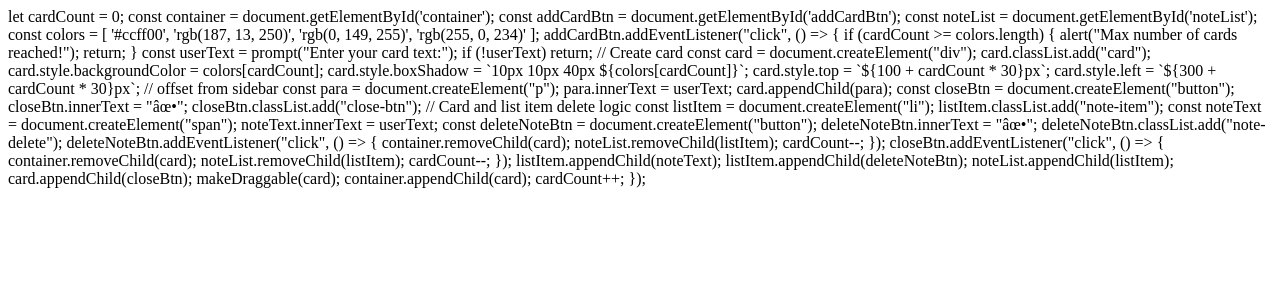
Repository: ErvinClay13/Memo-Glow
Page: index.html
These files come from the project's save history. The page is drawn as it stood at one moment and after the next save; the edit follows.
The browser window is 1280 px wide. The pictures show the whole page.

Above is the page before, as saved 2025-03-28 17:49:36.

### index.html
<!-- <!DOCTYPE html>
<html lang="en">
<head>
    <meta charset="UTF-8">
    <meta name="viewport" content="width=device-width, initial-scale=1.0">
    <link rel="stylesheet" href="style.css">
    <title>Document</title>
</head>
<body>
    <div id="container">
        <div id="card"></div>
        <div id="card2" style="display: none;"></div>
        <div id="card3" style="display: none;"></div>
        <div id="card4" style="display: none;"></div>
    </div>

    <div class="footer">
        <button id="cardBtn">New Card</button>
        <button id="cardBtn2" style="display: none;">New Card</button>
        <button id="cardBtn3" style="display: none;">New Card</button>

    </div>





    <div id="container"></div>

    <div class="footer">
        <button id="addCardBtn"> New Note</button>
    </div>
</body>
<script src="script.js"></script>
</html> -->





let cardCount = 0;
const container = document.getElementById('container');
const addCardBtn = document.getElementById('addCardBtn');
const noteList = document.getElementById('noteList');

const colors = [
    '#ccff00',
    'rgb(187, 13, 250)',
    'rgb(0, 149, 255)',
    'rgb(255, 0, 234)'
];

addCardBtn.addEventListener("click", () => {
    if (cardCount >= colors.length) {
        alert("Max number of cards reached!");
        return;
    }

    const userText = prompt("Enter your card text:");
    if (!userText) return;

    // Create card
    const card = document.createElement("div");
    card.classList.add("card");
    card.style.backgroundColor = colors[cardCount];
    card.style.boxShadow = `10px 10px 40px ${colors[cardCount]}`;
    card.style.top = `${100 + cardCount * 30}px`;
    card.style.left = `${300 + cardCount * 30}px`; // offset from sidebar

    const para = document.createElement("p");
    para.innerText = userText;
    card.appendChild(para);

    const closeBtn = document.createElement("button");
    closeBtn.innerText = "✕";
    closeBtn.classList.add("close-btn");

    // Card and list item delete logic
    const listItem = document.createElement("li");
    listItem.classList.add("note-item");

    const noteText = document.createElement("span");
    noteText.innerText = userText;

    const deleteNoteBtn = document.createElement("button");
    deleteNoteBtn.innerText = "✕";
    deleteNoteBtn.classList.add("note-delete");

    deleteNoteBtn.addEventListener("click", () => {
        container.removeChild(card);
        noteList.removeChild(listItem);
        cardCount--;
    });

    closeBtn.addEventListener("click", () => {
        container.removeChild(card);
        noteList.removeChild(listItem);
        cardCount--;
    });

    listItem.appendChild(noteText);
    listItem.appendChild(deleteNoteBtn);
    noteList.appendChild(listItem);

    card.appendChild(closeBtn);
    makeDraggable(card);
    container.appendChild(card);
    cardCount++;
});

After the next save:
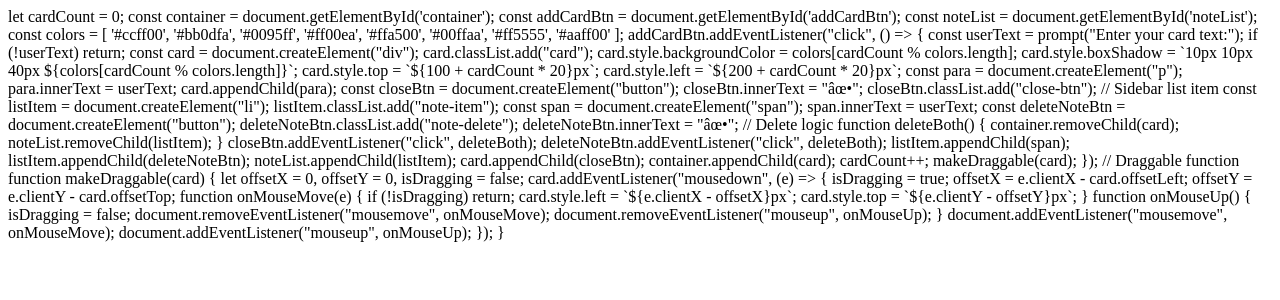
Saved 63 s later.
--- a/index.html
+++ b/index.html
@@ -44,28 +44,20 @@
 const noteList = document.getElementById('noteList');
 
 const colors = [
-    '#ccff00',
-    'rgb(187, 13, 250)',
-    'rgb(0, 149, 255)',
-    'rgb(255, 0, 234)'
+    '#ccff00', '#bb0dfa', '#0095ff', '#ff00ea',
+    '#ffa500', '#00ffaa', '#ff5555', '#aaff00'
 ];
 
 addCardBtn.addEventListener("click", () => {
-    if (cardCount >= colors.length) {
-        alert("Max number of cards reached!");
-        return;
-    }
-
     const userText = prompt("Enter your card text:");
     if (!userText) return;
 
-    // Create card
     const card = document.createElement("div");
     card.classList.add("card");
-    card.style.backgroundColor = colors[cardCount];
-    card.style.boxShadow = `10px 10px 40px ${colors[cardCount]}`;
-    card.style.top = `${100 + cardCount * 30}px`;
-    card.style.left = `${300 + cardCount * 30}px`; // offset from sidebar
+    card.style.backgroundColor = colors[cardCount % colors.length];
+    card.style.boxShadow = `10px 10px 40px ${colors[cardCount % colors.length]}`;
+    card.style.top = `${100 + cardCount * 20}px`;
+    card.style.left = `${200 + cardCount * 20}px`;
 
     const para = document.createElement("p");
     para.innerText = userText;
@@ -75,35 +67,58 @@
     closeBtn.innerText = "✕";
     closeBtn.classList.add("close-btn");
 
-    // Card and list item delete logic
+    // Sidebar list item
     const listItem = document.createElement("li");
     listItem.classList.add("note-item");
-
-    const noteText = document.createElement("span");
-    noteText.innerText = userText;
+    const span = document.createElement("span");
+    span.innerText = userText;
 
     const deleteNoteBtn = document.createElement("button");
+    deleteNoteBtn.classList.add("note-delete");
     deleteNoteBtn.innerText = "✕";
-    deleteNoteBtn.classList.add("note-delete");
 
-    deleteNoteBtn.addEventListener("click", () => {
+    // Delete logic
+    function deleteBoth() {
         container.removeChild(card);
         noteList.removeChild(listItem);
-        cardCount--;
-    });
+    }
 
-    closeBtn.addEventListener("click", () => {
-        container.removeChild(card);
-        noteList.removeChild(listItem);
-        cardCount--;
-    });
+    closeBtn.addEventListener("click", deleteBoth);
+    deleteNoteBtn.addEventListener("click", deleteBoth);
 
-    listItem.appendChild(noteText);
+    listItem.appendChild(span);
     listItem.appendChild(deleteNoteBtn);
     noteList.appendChild(listItem);
 
     card.appendChild(closeBtn);
+    container.appendChild(card);
+
+    cardCount++;
     makeDraggable(card);
-    container.appendChild(card);
-    cardCount++;
 });
+
+// Draggable function
+function makeDraggable(card) {
+    let offsetX = 0, offsetY = 0, isDragging = false;
+
+    card.addEventListener("mousedown", (e) => {
+        isDragging = true;
+        offsetX = e.clientX - card.offsetLeft;
+        offsetY = e.clientY - card.offsetTop;
+
+        function onMouseMove(e) {
+            if (!isDragging) return;
+            card.style.left = `${e.clientX - offsetX}px`;
+            card.style.top = `${e.clientY - offsetY}px`;
+        }
+
+        function onMouseUp() {
+            isDragging = false;
+            document.removeEventListener("mousemove", onMouseMove);
+            document.removeEventListener("mouseup", onMouseUp);
+        }
+
+        document.addEventListener("mousemove", onMouseMove);
+        document.addEventListener("mouseup", onMouseUp);
+    });
+}
